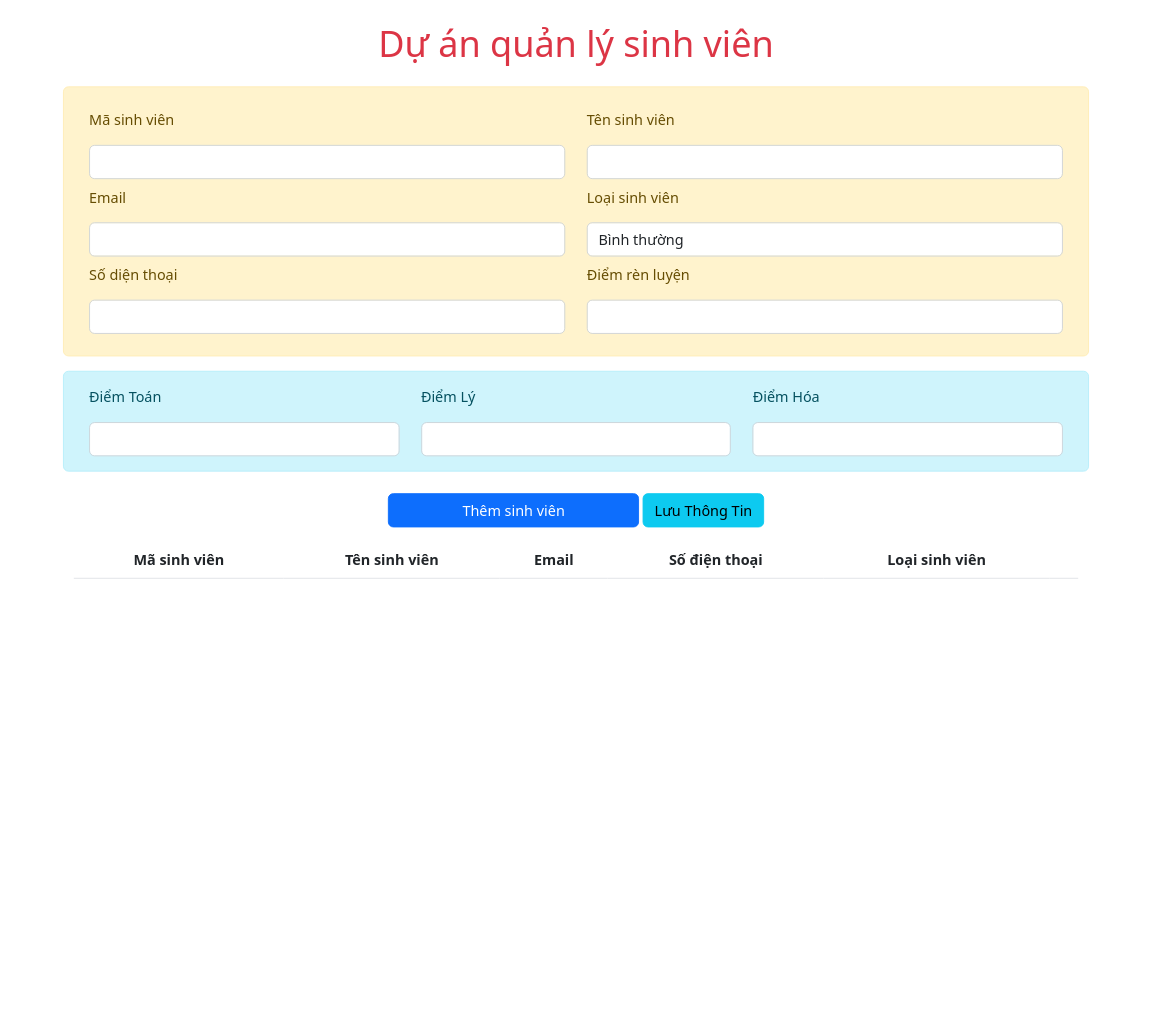
Repository: hcozyph/Cybersoft_JS_OOP
Page: index.html
An editor plug-in stored every save of this project. The page is shown before and after the next save, followed by the edit.
The browser window is 1280 px wide. The pictures show the whole page, at 90% of full size.

Above is the page before, as saved 2023-03-01 19:42:57.

After the next save:
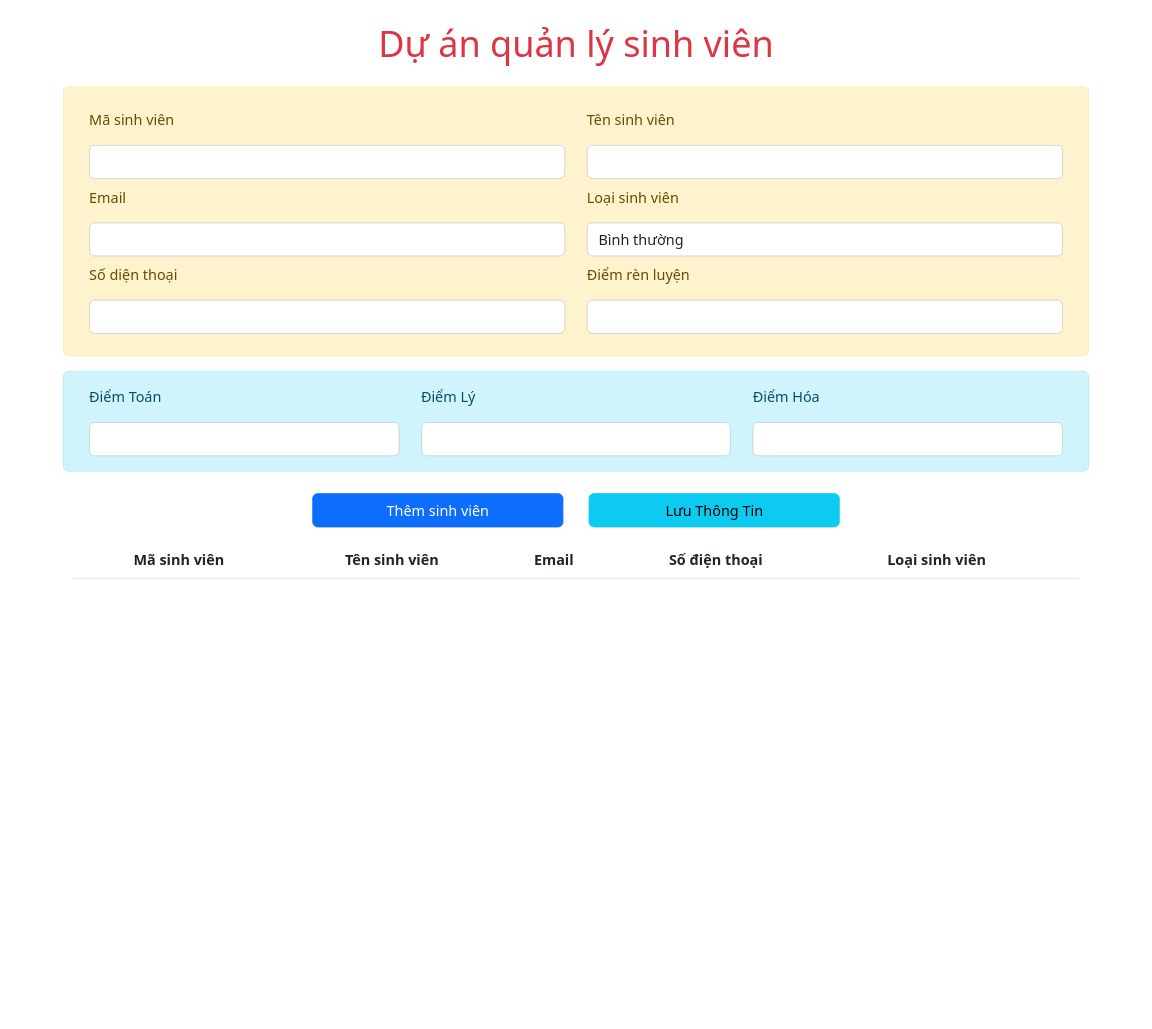
Saved 10 s later.
--- a/index.html
+++ b/index.html
@@ -86,7 +86,7 @@
 
                 <div class="my-2 text-center">
                     <button class="btn btn-primary my-2 w-25 w-lg-25" id="btnThemSinhVien">Thêm sinh viên</button>
-                    <button class="btn btn-info " id="btnLuuThongTin">Lưu Thông Tin</button>
+                    <button class="btn btn-info w-25 ms-4" id="btnLuuThongTin">Lưu Thông Tin</button>
                 </div>
 
                 <table class="table mt-2">
